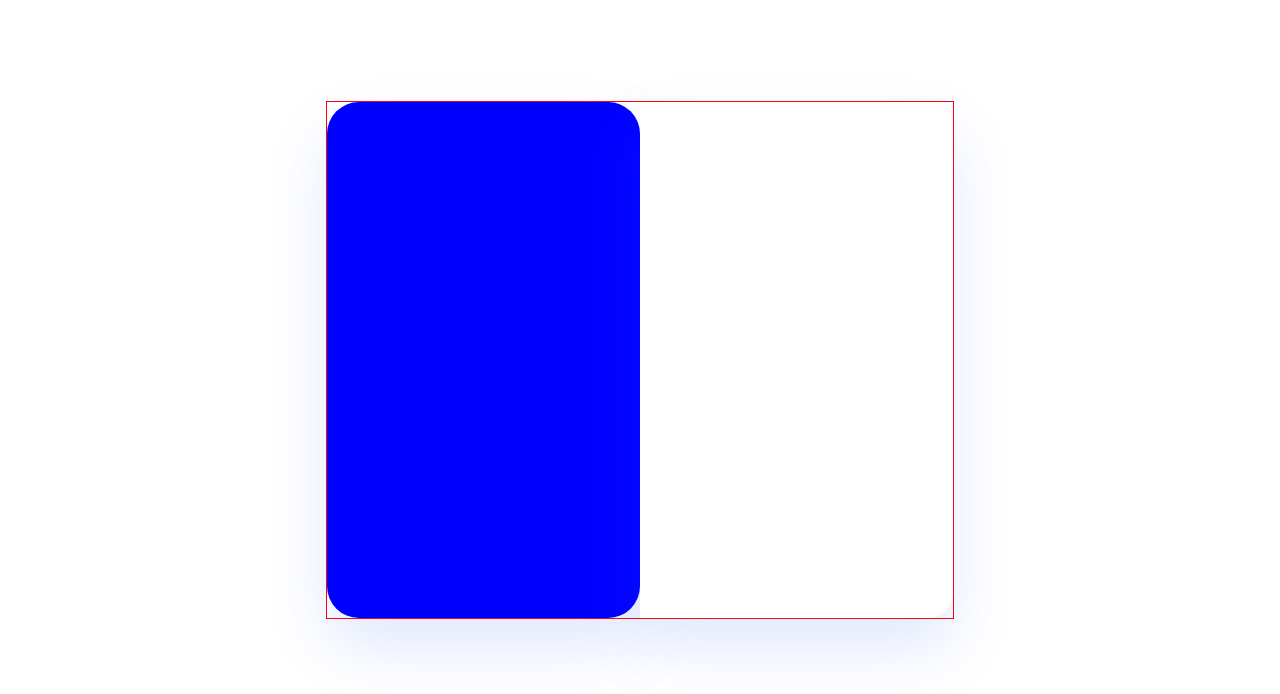
Repository: KamoliddinGIT/result-summary
Page: index.html
The author's editor kept a copy of each file at every save. The page is drawn from the files as they stood at one save, then again after a run of saves.
The browser window is 1280 px wide. The pictures show the whole page.

Above is the page before, as saved 2023-09-08 15:31:38.

After the next 2 saves:
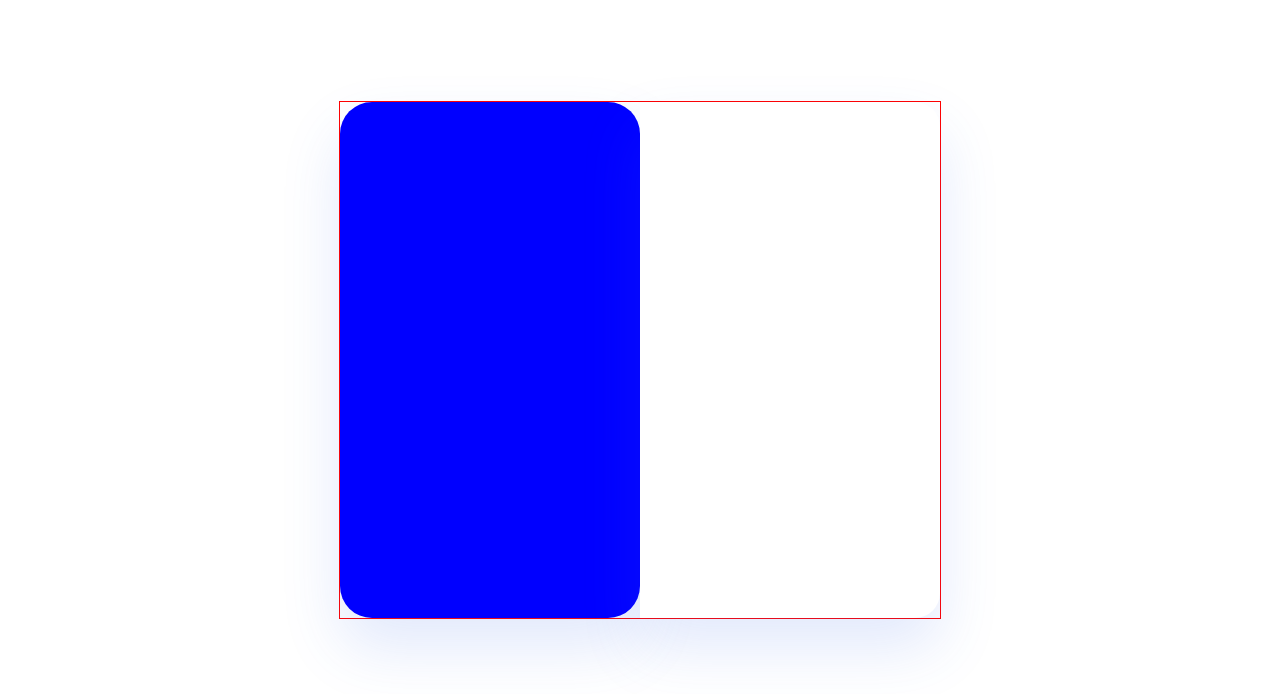
The 2 saves are shown as one change because they came seconds apart.
The last was saved 6 s later.
--- a/css/style.css
+++ b/css/style.css
@@ -13,7 +13,7 @@
 }
 
 .container {
-  width: 49%;
+  width: 47%;
   display: flex;
   justify-content: center;
   align-items: center;
